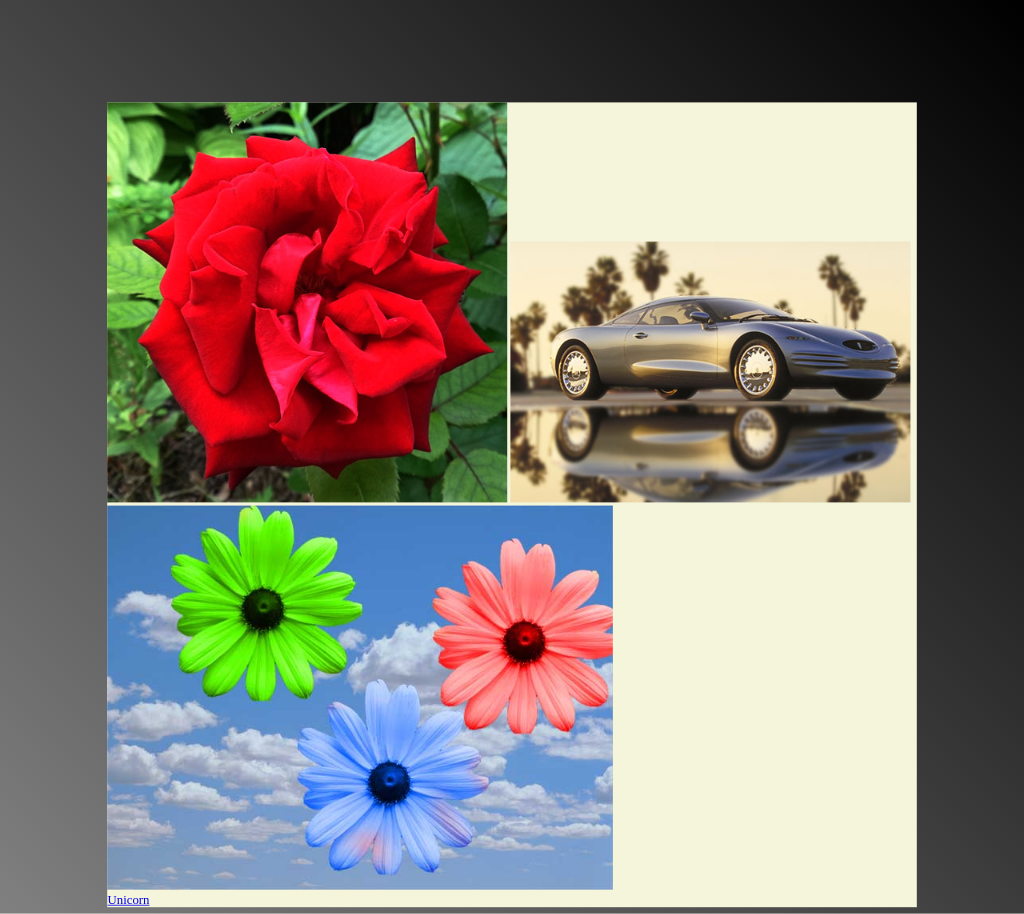
Repository: ViggoSkj/VGY
Page: ovningar/photoshopovning/photoshopovning.html
An editor plug-in stored every save of this project. The page is shown before and after the next save, followed by the edit.
The browser window is 1280 px wide. The pictures show the whole page, at 80% of full size.

Above is the page before, as saved 2022-11-27 12:04:05.

After the next save:
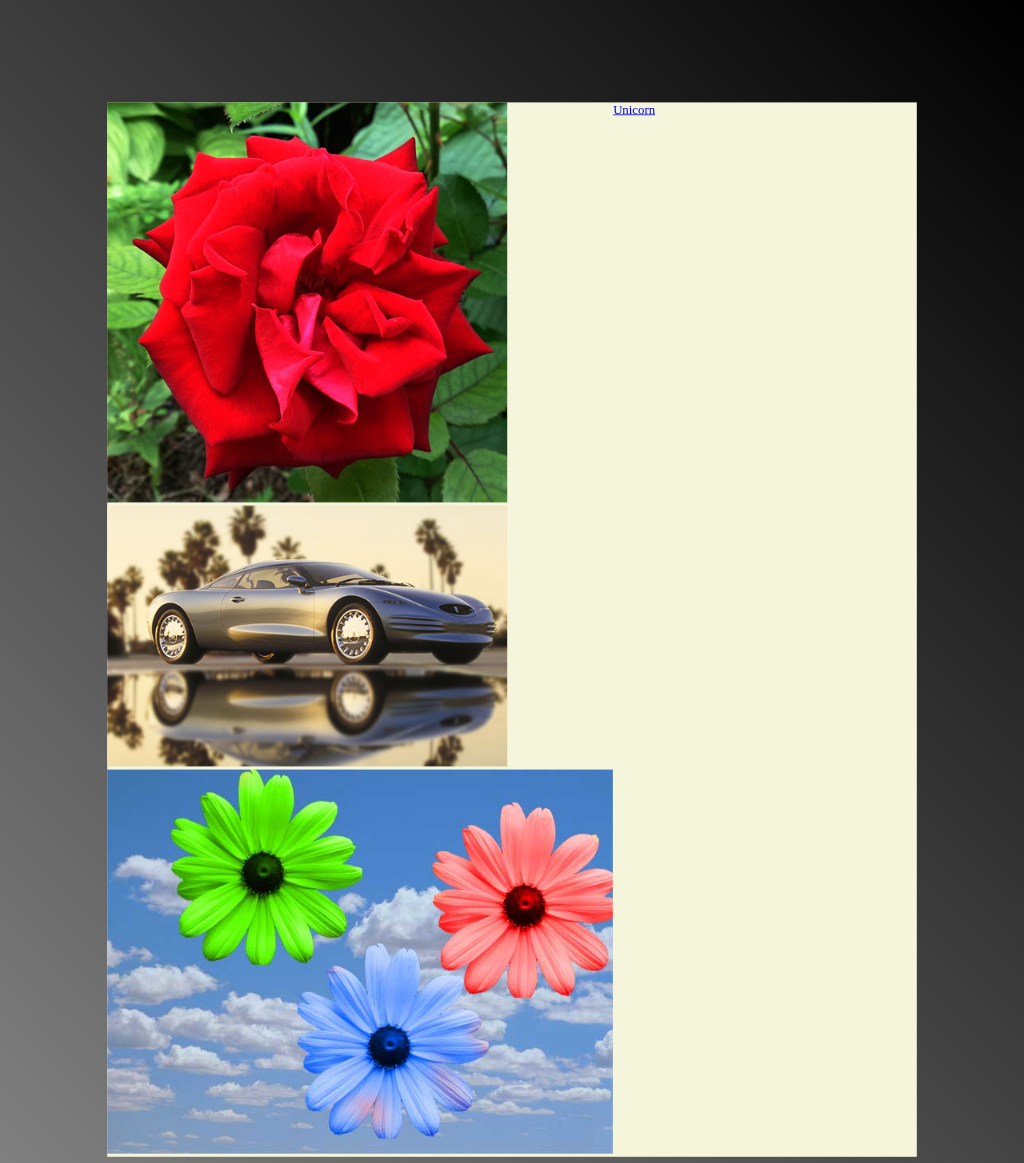
Saved 26 s later.
--- a/ovningar/photoshopovning/public/css/style.css
+++ b/ovningar/photoshopovning/public/css/style.css
@@ -9,6 +9,9 @@ body
     margin: auto;
     margin-top: 8em;
     width: 80%;
+
+    display: grid;
+    grid-template-columns: 1fr 1fr 1fr;
 }
 
 .images
